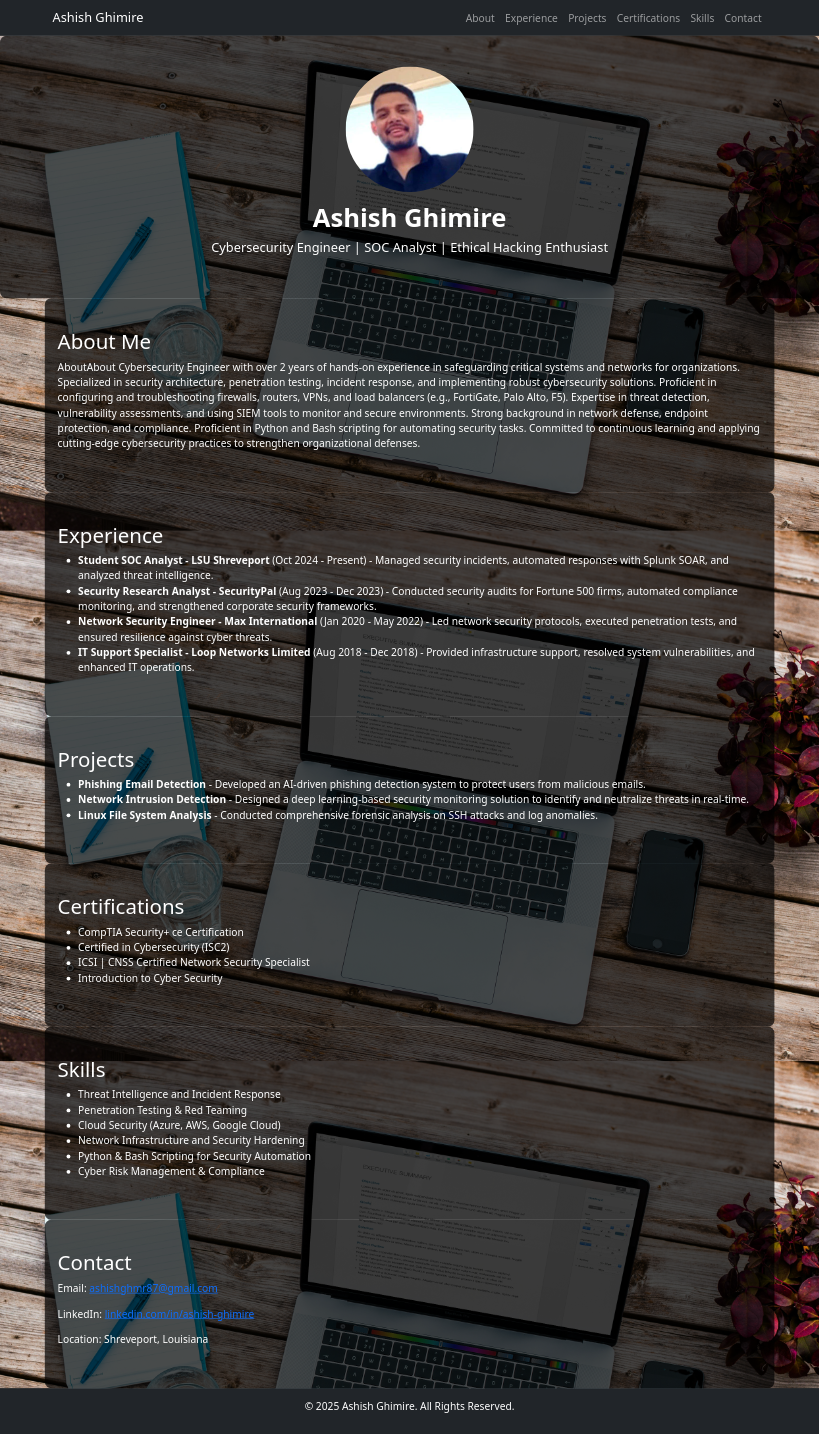
Repository: NetworkNinja11/ashishghimire.github.io
Page: index.html
These files come from the project's save history. The page is drawn as it stood at one moment and after the next save; the edit follows.
The browser window is 1280 px wide. The pictures show the whole page, at 64% of full size.
Backgrounds fixed to the window are drawn as part of the page.

Above is the page before, as saved 2025-03-11 00:27:18.
Not found: styles.css

After the next save:
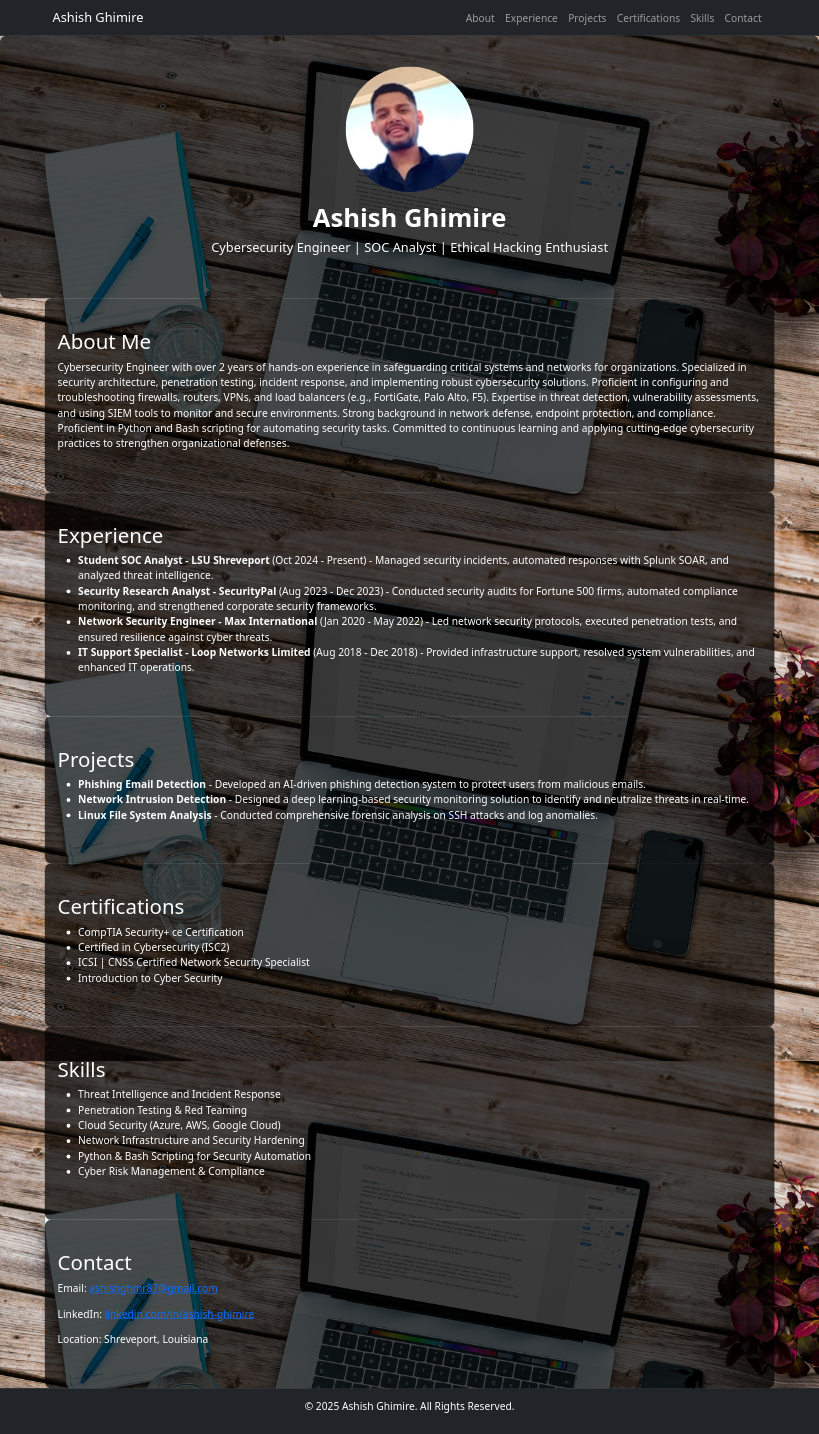
Saved 39 s later.
--- a/index.html
+++ b/index.html
@@ -49,7 +49,6 @@
     <section id="about" class="container py-5 content-section">
         <h2>About Me</h2>
         <p>
-            AboutAbout
             Cybersecurity Engineer with over 2 years of hands-on experience in safeguarding critical systems and networks for organizations. Specialized in security architecture, penetration testing, incident response, and implementing robust cybersecurity solutions. Proficient in configuring and troubleshooting firewalls, routers, VPNs, and load balancers (e.g., FortiGate, Palo Alto, F5). Expertise in threat detection, vulnerability assessments, and using SIEM tools to monitor and secure environments. Strong background in network defense, endpoint protection, and compliance. Proficient in Python and Bash scripting for automating security tasks. Committed to continuous learning and applying cutting-edge cybersecurity practices to strengthen organizational defenses.</p>
     </section>
 
